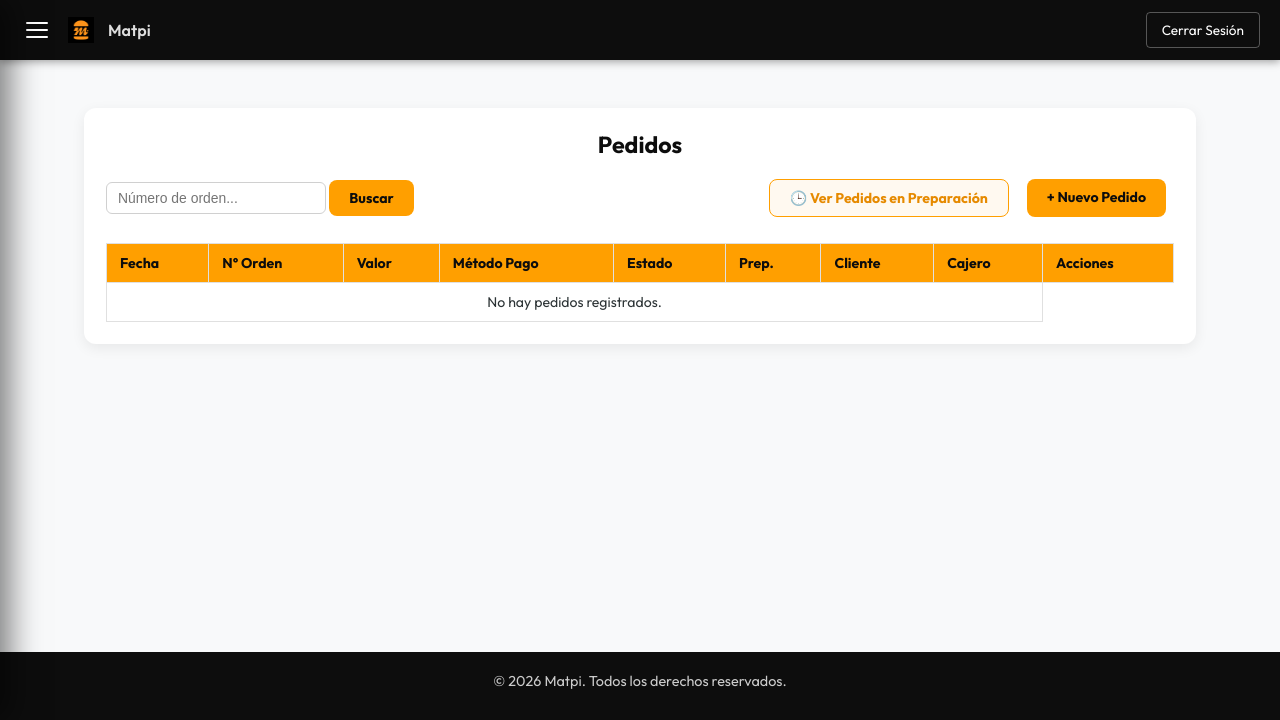
Repository: JuanFelipeNieto/MATPI-Python
Page: MATPI/Pedidos/templates/pedidos/listar.html
The author's editor kept a copy of each file at every save. The page is drawn from the files as they stood at one save, then again after the next save.
The browser window is 1280 px wide. The pictures show the whole page.
The template is drawn by Django 5.2. The application's start-up code is not run. Other server files are loaded and not shown. The template is opened directly, without the code that normally fills it, so the values that code supplies are empty.

Above is the page before, as saved 2026-03-20 20:10:41.

### MATPI/Pedidos/templates/pedidos/listar.html
{% extends 'base.html' %}

{% block title %}Pedidos — Matpi{% endblock %}

{% block content %}
<div class="formulario-seccion">
    <h1>Pedidos</h1>

    <div class="form-busqueda">
        <div class="buscador-izq">
            <form method="GET" action="{% url 'listar_pedidos' %}">
                <input type="text" name="buscar" placeholder="Número de orden..." value="{{ buscar|default:'' }}">
                <button type="submit" class="btn btn-guardar">Buscar</button>
            </form>
        </div>
        <div style="display: flex; gap: 10px;">
            {% if es_admin %}
            <a href="{% url 'cocina' %}" target="_blank" class="btn btn-negro" style="background: #0d0d0d; color: #ff9f00; border: 1px solid #ff9f00;">📺 Pantalla Cocina</a>
            {% endif %}
            <a href="{% url 'pedidos_pendientes' %}" class="btn btn-azul" style="background: #fff9f0; border: 1px solid #ff9f00; color: #e68a00;">🕒 Ver Pedidos en Preparación</a>
            <a href="{% url 'mostrar_registro_pedido' %}" class="btn btn-guardar">+ Nuevo Pedido</a>
        </div>
    </div>

    <div class="table-responsive">
        <table class="custom-table">
            <thead>
                <tr>
                    <th>Fecha</th>
                    <th>N° Orden</th>
                    <th>Valor</th>
                    <th>Método Pago</th>
                    <th>Estado</th>
                    <th>Prep.</th>
                    <th>Cliente</th>
                    <th>Cajero</th>
                    <th>Acciones</th>
                </tr>
            </thead>
            <tbody>
                {% for pedido in pedidos %}
                <tr>
                    <td>{{ pedido.fecha }}</td>
                    <td>{{ pedido.numero_orden }}</td>
                    <td>${{ pedido.valor }}</td>
                    <td>{{ pedido.metodo_pago }}</td>
                    <td>{% if pedido.estado %}Activo{% else %}Completado{% endif %}</td>
                    <td>
                        {% if pedido.estado %}
                        <span class="tiempo-prep" data-inicio="{{ pedido.fecha.isoformat }}" style="font-weight: bold; color: #d62828;">...</span>
                        {% else %}—{% endif %}
                    </td>
                    <td>{{ pedido.cliente.nombre_completo|default:"—" }}</td>
                    <td>{{ pedido.cajero|default:"—" }}</td>
                    <td class="acciones">
                        <a href="{% url 'detalles_pedido' pedido.id %}" class="btn-editar" style="background-color: #64748b;">Ver</a>
                        <a href="{% url 'pre_editar_pedido' pedido.id %}" class="btn-editar">Editar</a>
                    </td>
                </tr>
                {% empty %}
                <tr>
                    <td colspan="8" style="text-align:center;">No hay pedidos registrados.</td>
                </tr>
                {% endfor %}
            </tbody>
        </table>
    </div>
</div>

<script>
    function actualizarTiemposListar() {
        const ahora = new Date();
        document.querySelectorAll('.tiempo-prep').forEach(elemento => {
            const fechaInicio = new Date(elemento.getAttribute('data-inicio'));
            const diferencia = ahora - fechaInicio;
            const minutos = Math.floor(diferencia / 60000);
            elemento.innerText = `${minutos}m`;
        });
    }
    setInterval(actualizarTiemposListar, 60000);
    actualizarTiemposListar();
</script>
{% endblock %}

### MATPI/templates/base.html
{% load static %}
<!DOCTYPE html>
<html lang="es">

<head>
    <meta charset="UTF-8">
    <meta name="viewport" content="width=device-width, initial-scale=1.0">
    <title>{% block title %}Matpi{% endblock %}</title>
    <link rel="icon" href="{% static 'img/Favicon.png' %}">
    <link rel="preconnect" href="https://fonts.googleapis.com">
    <link rel="preconnect" href="https://fonts.gstatic.com" crossorigin>
    <link href="https://fonts.googleapis.com/css2?family=Outfit:wght@300;400;600;700&display=swap" rel="stylesheet">
    <link rel="stylesheet" href="{% static 'css/matpi.css' %}">
    {% block extra_css %}{% endblock %}
</head>

<body>

    <div class="sidebar-overlay" id="sidebarOverlay"></div>

    <aside class="sidebar" id="sidebar">
        <button class="sidebar-close-btn" id="sidebarCloseBtn" title="Cerrar menú">✕</button>

        <div class="sidebar-header">
            <a href="{% url 'dashboard' %}" class="sidebar-header-link">
                <img src="{% static 'img/Logomatpi.png' %}" alt="Matpi" class="sidebar-logo">
                <span class="sidebar-brand">Matpi</span>
            </a>
        </div>

        <nav class="sidebar-nav">
            <div class="nav-section">
                <span class="nav-section-label">General</span>
                <a href="{% url 'dashboard' %}" class="sidebar-link" title="Dashboard">
                    <span class="sidebar-icon">🏠</span>
                    <span class="sidebar-label">Dashboard</span>
                </a>
            </div>

            <div class="nav-section">
                <span class="nav-section-label">Operaciones</span>
                <a href="{% url 'listar_pedidos' %}" class="sidebar-link" title="Pedidos">
                    <span class="sidebar-icon">📋</span>
                    <span class="sidebar-label">Pedidos</span>
                </a>
                <a href="{% url 'listar_facturas' %}" class="sidebar-link" title="Facturas">
                    <span class="sidebar-icon">💰</span>
                    <span class="sidebar-label">Facturas</span>
                </a>
                <a href="{% url 'listar_reservas' %}" class="sidebar-link" title="Reservas">
                    <span class="sidebar-icon">🪑</span>
                    <span class="sidebar-label">Reservas</span>
                </a>
                <a href="{% url 'listar_clientes' %}" class="sidebar-link" title="Clientes">
                    <span class="sidebar-icon">👥</span>
                    <span class="sidebar-label">Clientes</span>
                </a>
            </div>

            <div class="nav-section">
                <span class="nav-section-label">Inventario</span>
                <a href="{% url 'listar_productos' %}" class="sidebar-link" title="Productos">
                    <span class="sidebar-icon">🍔</span>
                    <span class="sidebar-label">Productos</span>
                </a>
                <a href="{% url 'listar_materia_prima' %}" class="sidebar-link" title="Materia Prima">
                    <span class="sidebar-icon">🥬</span>
                    <span class="sidebar-label">Materia Prima</span>
                </a>
                <a href="{% url 'listar_proveedores' %}" class="sidebar-link" title="Proveedores">
                    <span class="sidebar-icon">🚚</span>
                    <span class="sidebar-label">Proveedores</span>
                </a>
            </div>

            {% if es_admin %}
            <div class="nav-section">
                <span class="nav-section-label">Administración</span>
                <a href="{% url 'listar_usuarios' %}" class="sidebar-link" title="Gestión de Cajeros">
                    <span class="sidebar-icon">👤</span>
                    <span class="sidebar-label">Cajeros</span>
                </a>
            </div>
            {% endif %}

        </nav>

        <a href="{% url 'ver_perfil' request.session.usuario_id %}" class="sidebar-footer" title="Mi Perfil">
            <div class="user-avatar-mini" style="width: 35px; height: 35px; background: var(--primary); border-radius: 10px; display: flex; align-items: center; justify-content: center; font-size: 1.2rem; color: var(--black); font-weight: bold; flex-shrink: 0;">
                👤
            </div>
            <div class="sidebar-label" style="overflow: hidden; text-overflow: ellipsis; white-space: nowrap;">
                <span style="display: block; color: var(--white); font-weight: 600;">{{ request.session.usuario_nombre|default:"Usuario" }}</span>
                <small style="font-size: 0.65rem; color: var(--primary); font-weight: 800; text-transform: uppercase;">
                    {% if es_admin %}ADMINISTRADOR{% else %}CAJERO{% endif %}
                </small>
            </div>
        </a>
    </aside>

    <div class="page-wrapper" id="pageWrapper">
        <header class="topbar">
            <button class="topbar-menu-btn" id="topbarMenuBtn" title="Abrir menú">
                <span class="hamburger-line"></span>
                <span class="hamburger-line"></span>
                <span class="hamburger-line"></span>
            </button>
            <a href="{% url 'dashboard' %}" class="topbar-logo-link">
                <img src="{% static 'img/Logomatpi.png' %}" alt="Matpi" class="topbar-logo">
            </a>
            <span class="topbar-title">Matpi</span>

            <a href="{% url 'logout' %}" class="logout-btn" style="margin-left: auto; color: white; text-decoration: none; padding: 8px 15px; font-size: 0.85em; border: 1px solid rgba(255,255,255,0.3); border-radius: 4px;" onclick="return confirm('¿Estás seguro de que deseas cerrar sesión?');">Cerrar Sesión</a>
        </header>

        <main>
            {% if messages %}
                <div class="messages-container" style="padding: 15px 20px 0 20px;">
                    {% for message in messages %}
                        <div class="alert alert-{{ message.tags }}"
                             style="padding: 12px; margin-bottom: 10px; border-radius: 6px; border-left: 5px solid
                                    {% if message.tags == 'error' %} #721c24; background-color: #f8d7da; color: #721c24;
                                    {% elif message.tags == 'success' %} #155724; background-color: #d4edda; color: #155724;
                                    {% else %} #856404; background-color: #fff3cd; color: #856404; {% endif %}">
                            {{ message }}
                        </div>
                    {% endfor %}
                </div>
            {% endif %}

            <div class="content-body" style="padding: 20px;">
                {% block content %}{% endblock %}
            </div>
        </main>

        <footer>
            <p>© 2026 Matpi. Todos los derechos reservados.</p>

        </footer>
    </div>

    <script>
        (function () {
            const sidebar = document.getElementById('sidebar');
            const overlay = document.getElementById('sidebarOverlay');
            const openBtn = document.getElementById('topbarMenuBtn');
            const closeBtn = document.getElementById('sidebarCloseBtn');

            function openSidebar() {
                sidebar.classList.add('open');
                overlay.classList.add('active');
                document.body.classList.add('sidebar-open');
            }

            function closeSidebar() {
                sidebar.classList.remove('open');
                overlay.classList.remove('active');
                document.body.classList.remove('sidebar-open');
            }

            openBtn.addEventListener('click', openSidebar);
            closeBtn.addEventListener('click', closeSidebar);
            overlay.addEventListener('click', closeSidebar);

            // Resaltar link activo
            const currentPath = window.location.pathname;
            document.querySelectorAll('.sidebar-link').forEach(function (link) {
                const href = link.getAttribute('href');
                // Si estamos en la raíz del dashboard o en una sub-url del módulo
                if (href === currentPath || (href !== '/' && currentPath.startsWith(href))) {
                    link.classList.add('active');
                }
            });
        })();
    </script>

</body>
</html>

Loaded but not shown: MATPI/static/css/matpi.css (795 lines, source omitted)

After the next save:
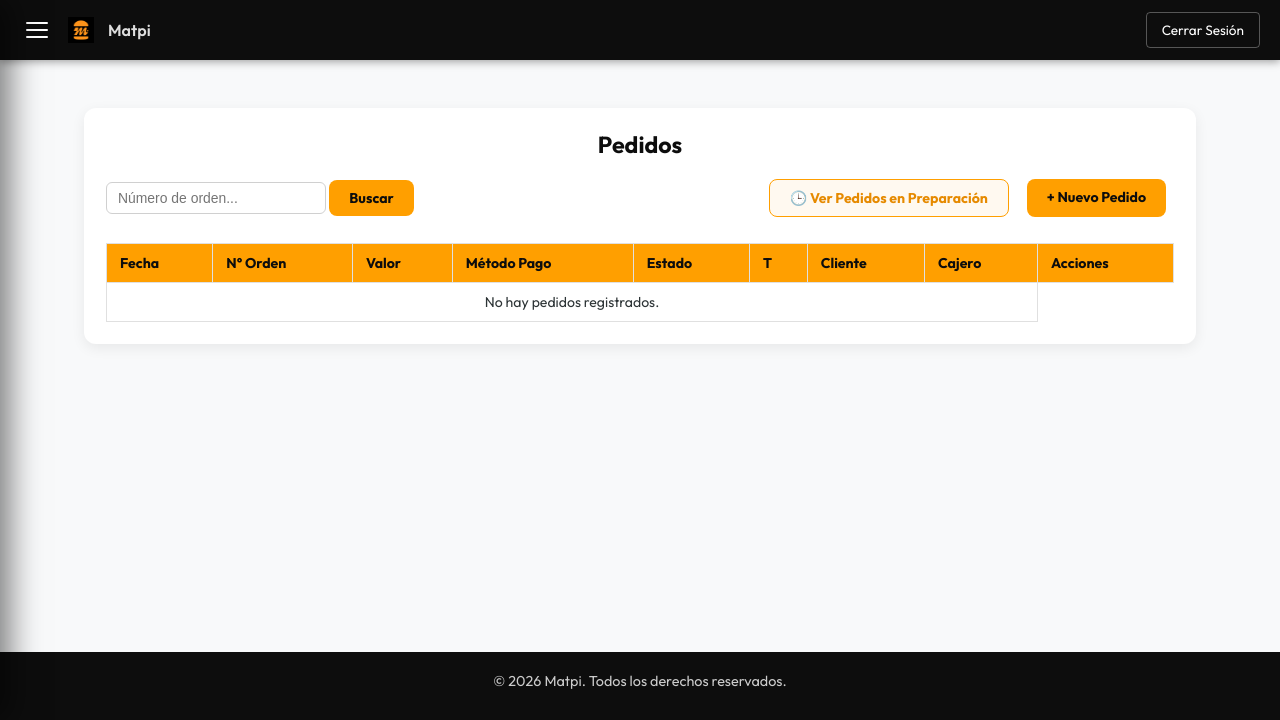
Saved 4 min 44 s later.
--- a/MATPI/Pedidos/templates/pedidos/listar.html
+++ b/MATPI/Pedidos/templates/pedidos/listar.html
@@ -31,7 +31,7 @@
                     <th>Valor</th>
                     <th>Método Pago</th>
                     <th>Estado</th>
-                    <th>Prep.</th>
+                    <th>T</th>
                     <th>Cliente</th>
                     <th>Cajero</th>
                     <th>Acciones</th>
